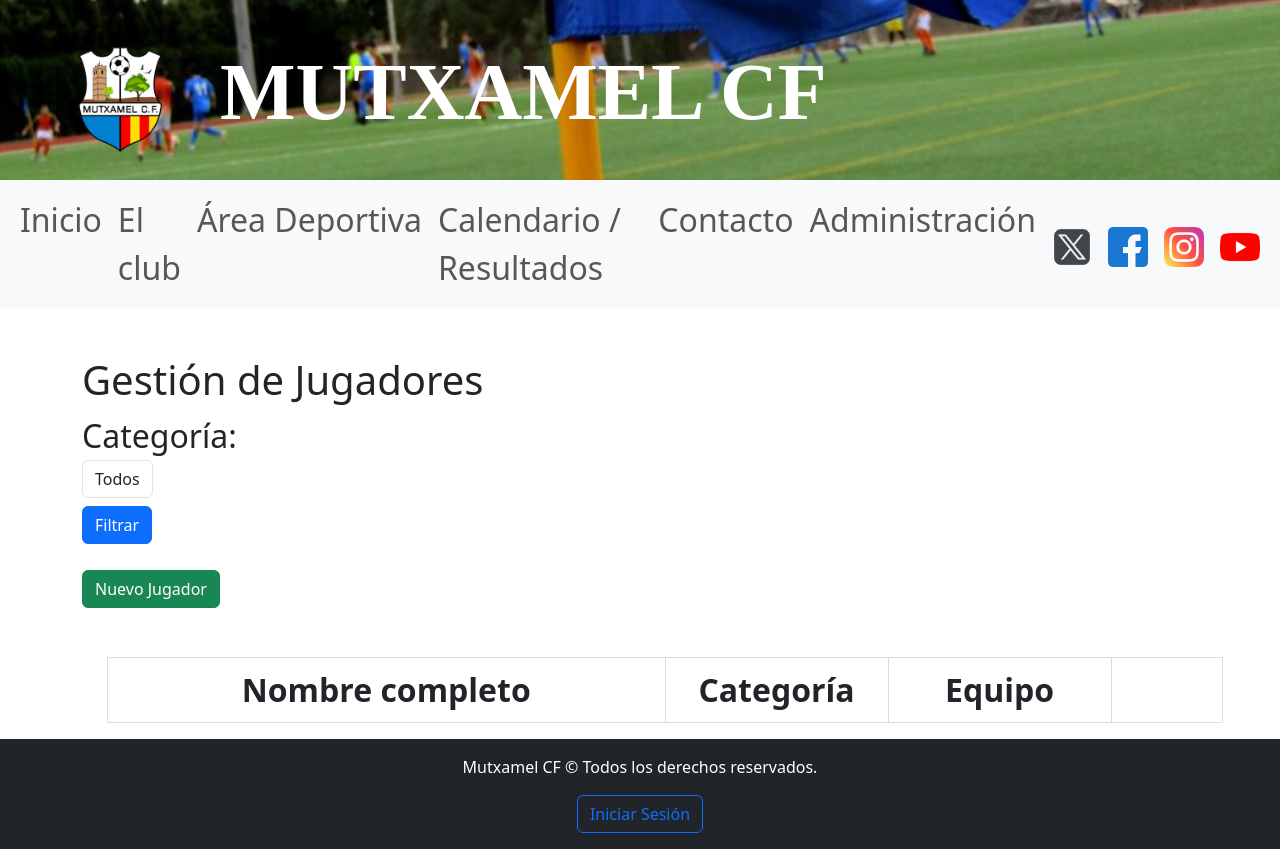
Repository: mikeluca/webMutxamelCF
Page: http://localhost/admin/jugadores
The author's editor kept a copy of each file at every save. The page is drawn from the files as they stood at one save, then again after the next save.
The browser window is 1280 px wide. The pictures show the whole page.
Some web fonts or font styles are not loaded; a fallback is used. Some web libraries are served in a nearby version. The page is this project's Thymeleaf template; nobody is signed in. The template is opened directly, without the code that normally fills it, so the values that code supplies are empty.

Above is the page before, as saved 2024-10-29 14:32:06.

After the next save:
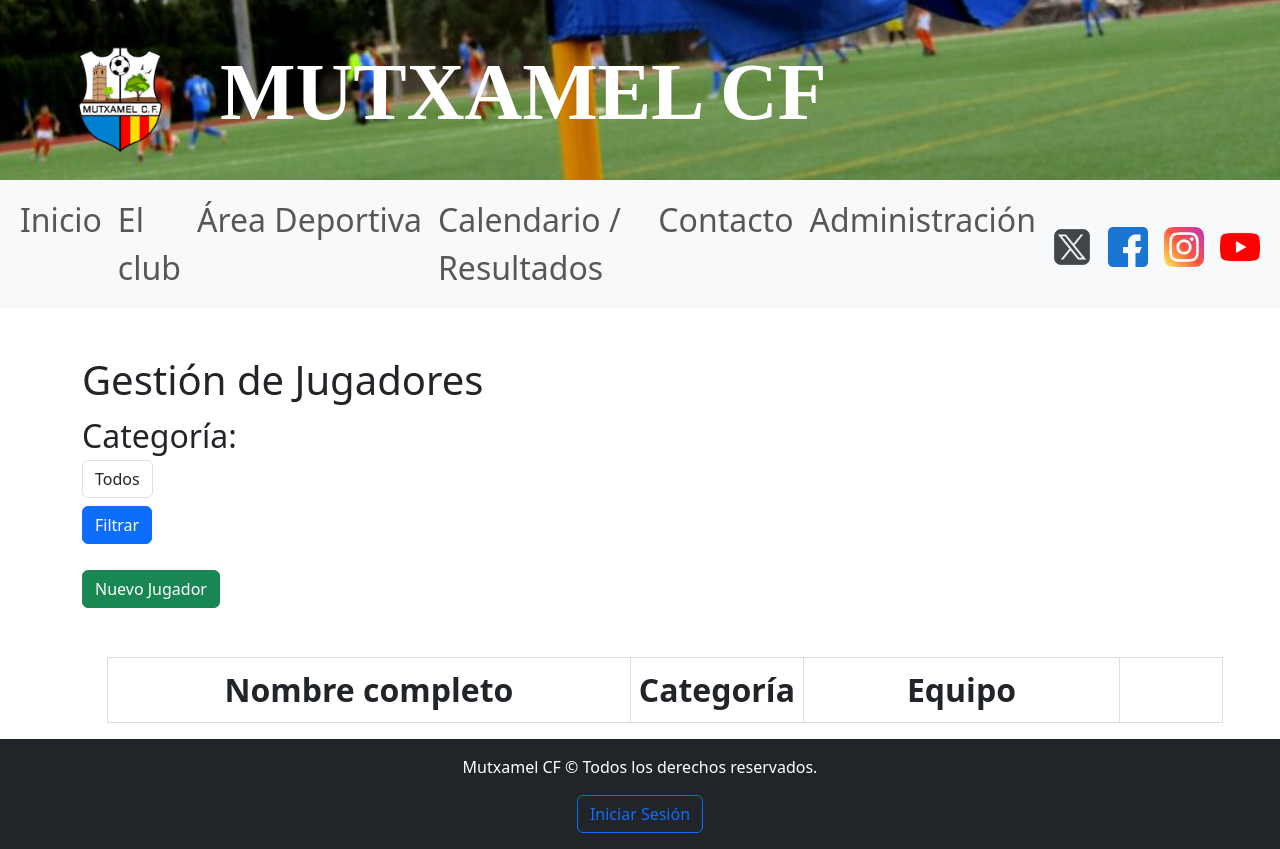
Saved 12 min 48 s later.
--- a/mvc/src/main/resources/templates/admin/jugadores.html
+++ b/mvc/src/main/resources/templates/admin/jugadores.html
@@ -37,8 +37,8 @@
 			<thead>
 				<tr>
 					<th style="width: 50%;">Nombre completo</th> <!-- Ajusta el ancho de la columna -->
-					<th style="width: 20%;">Categoría</th> <!-- Ajuste mínimo para la columna de categoría -->
-					<th style="width: 20%;">Equipo</th> <!-- Ajuste mínimo para la columna de equipo -->
+					<th style="width: 10%;">Categoría</th> <!-- Ajuste mínimo para la columna de categoría -->
+					<th style="width: 30%;">Equipo</th> <!-- Ajuste mínimo para la columna de equipo -->
 					<th style="width: 10%;"></th> <!-- Ajuste mínimo para la columna de botones -->
 				</tr>
 			</thead>
